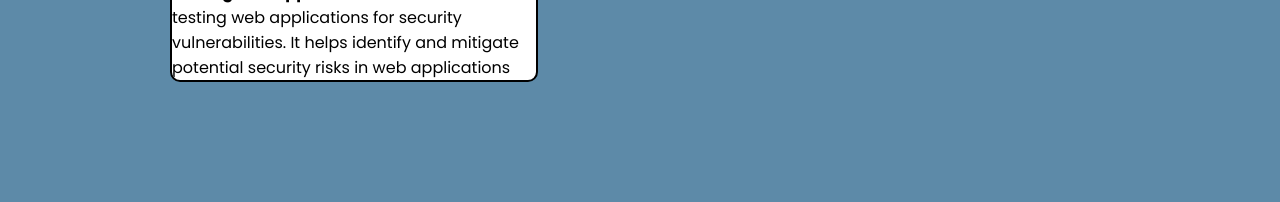
Repository: mohamed-makrani/Portfolio
Page: indixe.html
These files come from the project's save history. The page is drawn as it stood at one moment and after the next save; the edit follows.
The browser window is 1280 px wide. The pictures show the part of the page from y = 2189 to 2879 px (the page is 2391 px tall before and 2879 px after).
A picture or video elsewhere on the page could not be fetched, so the positions and the page height are approximate. Backgrounds fixed to the window are drawn as part of the page.

Above is the page before, as saved 2023-09-17 11:41:46.

### indixe.html
<!DOCTYPE html>
<html lang="en">
<head>
    <meta charset="UTF-8">
    <meta name="descreption" content="makrani-mohamed/portfilio"/>
    <title>Mohamed-makrani</title>
    <link rel="stylesheet" href="https://cdnjs.cloudflare.com/ajax/libs/font-awesome/6.4.2/css/all.min.css"/>
    <link  rel="stylesheet" href="style.css" />
</head>
<body>
    <header>
        <a class="logo" href="#logo" >Mohamed-makrani</a>
        <nav class="navigation">
            <a href="#services" >services</a>
            <a href="#projects" > projects</a>
            <a href="#"> contact </a>

        </nav>
    </header>
    <section class="main" id="logo">
        <div>
            <h6>Hello, I'm mohamed </h6>
            <h1>Web developer</h1>
            <h4>Width defines web's rhythm</h4>
        <a href="#" class="main-button">view my work</a>
        <div class="social-media">
            <a href="#" ><i class="fa-brands fa-github"></i></a>
            <a href="#" ><i class="fa-brands fa-linkedin"></i></a>
            <a href="#"><i class="fa-brands fa-instagram"></i></a>
            <a href="#"><i class="fa-brands fa-facebook"></i></a>
        </div>
        </div>
    </section>

    <section class="cards" id="services" >
        <h2 class="title">Services</h2>
        <div class="content" >
            <div class="card">
                <div class="icon"><i class="fa-solid fa-shield-halved"></i></div>
                <div class="info">
                    <h2>Web app testing</h2>
                    <p>Effective web application testing is crucial to delivering a high-quality product to users and maintaining its reliability over time.</p>
                </div>
            </div>
            <div class="card">
                <div class="icon"><i class="fa-solid fa-database"></i></div>
                <div class="info">
                    <h2>Database management</h2>
                    <p>the process of designing, implementing, maintaining, and optimizing databases to efficiently and securely store, retrieve, and manage data.</p>
                </div>
            </div>
            <div class="card">
                <div class="icon"><i class="fa-solid fa-code"></i></div>
                <div class="info">
                    <h2>Web app developer</h2>
                    <p> designing, creating, and maintaining web applications.</p>
                </div>

            </div>

        </div>
    </section>
        <section class="Projects" id="projects">
            <h2 class="projec-title">Projects</h2>
            <div class="project-content">
                <div class="project-card">
                    <div class="image">
                        <img src="test-web-application.jpg" />
                    </div>
                    <div class="project-info">
                        <strong class="project-title"><span>Testing web applications</span>
                            <a href="" class="detaile" >More detaile</a>

                        </strong>
                        <p> testing web applications for security vulnerabilities. It helps identify and mitigate potential security risks in web applications</p>
                    </div>
                </div>






            </div>


        </section>








</body>
</html>

### style.css
@import url('https://fonts.googleapis.com/css2?family=Poppins:ital,wght@0,200;0,300;0,400;0,500;0,600;0,700;0,800;0,900;1,100;1,200;1,300;1,400;1,500;1,600;1,700;1,800;1,900&display=swap');

*{

    font-family: 'Poppins', sans-serif;
    margin: 0;
    padding: 0;
    box-sizing: border-box;
    scroll-behavior: smooth;
}
 header{

    background-color: #f5f5f5;
    width: 100%;
    position: fixed;
    display: flex;
    z-index: 999;
    justify-content: space-between;
    align-items: center;
    padding: 10px 200px;

 }
 .logo {
    /* default is 16 px */

    text-decoration: none;
    font-size: 16px;
    color: #126180;
    text-transform: uppercase;
    font-weight: 700;
 }
 .navigation a{
    color: #126180;
    font-size: 15px;
    font-weight: 600px;
    text-decoration: none;
    padding-left:  30px;

 }
.navigation a:hover {

color: rgb(83, 15, 146);
}
 section {

   padding: 100px 150px;
 }
 .main{

   width: 100%;
   min-height: 100vh;
   display: flex;
   align-items: center;
   background:url(backround.jpg) no-repeat;
   background-size: cover;
   background-position:center ;
   background-attachment: fixed;

 }
 .main h6 {

   color: white;
   font-weight:500px ;
   font-size: 0.9em;


 }

 .main h1 {

   color:#5d8aa8 ;
   font-size: 2.4em;
   font-weight: 500px;
   margin-top: 6px;
 }
 .main h4 {

   color: white;
   font-size: 1em;
   font-weight: 500px;
   margin-top: 6px;
   margin-bottom: 20px;
   letter-spacing:1px;
 }
.main-button {

color : white;
text-decoration: none;
background-color: #92a1cf;
letter-spacing : 1px;
font-size: 1em;
font-weight: 600px;
display: inline-block;
padding: 0.935em 2.187em;
border-radius: 12px;
margin-bottom: 20px;
transition: 0.7s ease;

}
.main-button :hover{
   background-color:#545aa7;
   transform: scale(1.1);
}
.social-media a{

   color: white;
   font-size: 22px;
   padding-left: 18px;

}

.title {

   display: flex;
   justify-content: center;
   color:#126180;
   font-size:1.8em ;
   font-weight: 700px;
   margin-bottom: 40px;
}
.content{
   display: flex;
   justify-content: center;
   flex-direction: row;
   flex-wrap: wrap;
}
.card {
   background-color:#f5f5f5;
   width:21.25em;
   box-shadow: 0 5px 25px rgba(1 1 1 /15%);
    border-radius: 10px;
    padding: 25px;
    margin: 15px;
    transition: 0.4s ease;
}
.card:hover {
   transform: scale(1.1);
}
.icon {
   color: #4682b4;
   text-align: center;
   font-size: 5em;
}
.info h2 {

   color:#4682b4 ;
   text-align: center;
   font-size:1.1em;
   font-weight: 700px;
   margin:10px ;

}
.info p {

   text-align: center;
   font-size:1.1em ;
   font-weight:500px ;
   color :rgb(39, 37, 37);


}
.Projects{
   background-color: #5d8aa8;
}
.projec-title{

   display: flex;
   justify-content: center;
   color: white;
   font-size:1.8em ;
   font-weight:700 ;
   margin-bottom: 40px;

}
/*.project-content{

   display: flex;
   justify-content: center;
   flex-direction: row;
   flex-wrap: wrap;
}*/

 .projects.project-content{
   margin-top: 30px;
 }
.project-card{

   background-color: white;
   border: 2px solid black;
   min-height: 14em;
   width: 23em;
   overflow: hidden;
   border-radius: 10px;
   margin: 20px;
   transition: 0.5s ease;
}

.project-card:hover{
   transform: scale(1.1);
}
image img {
   width: 100%;
}

After the next save:
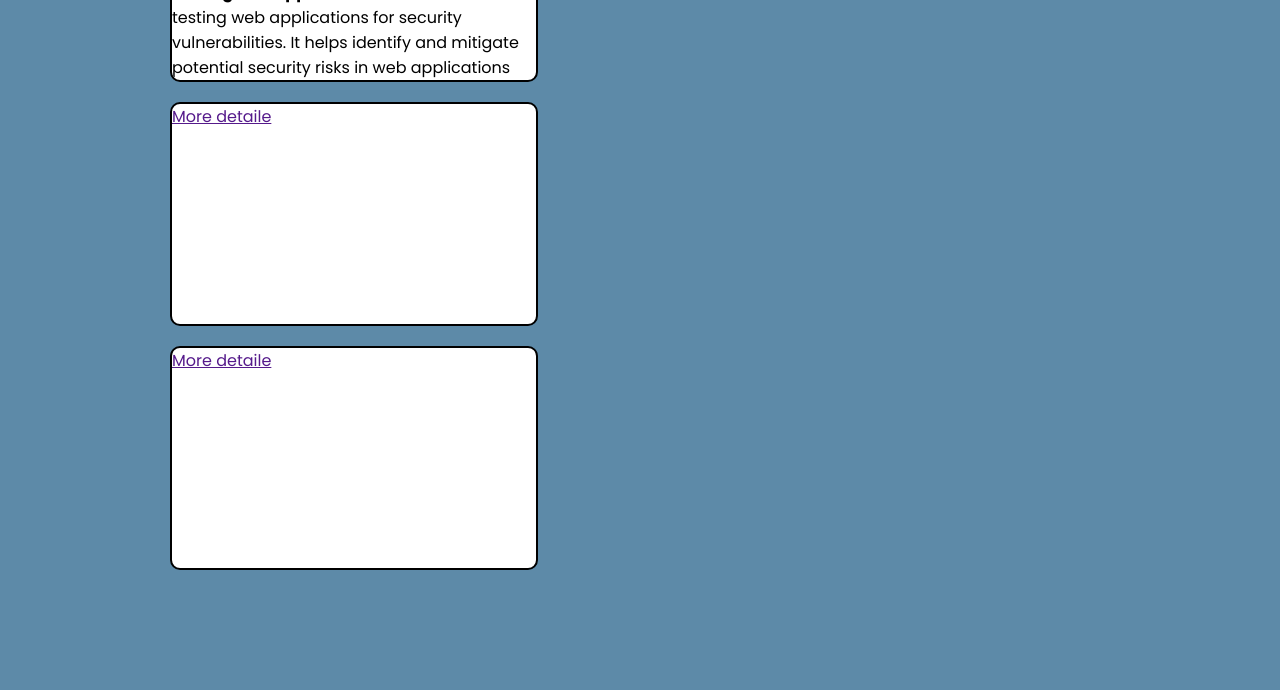
Saved 9 min 13 s later.
--- a/indixe.html
+++ b/indixe.html
@@ -75,6 +75,35 @@
                         <p> testing web applications for security vulnerabilities. It helps identify and mitigate potential security risks in web applications</p>
                     </div>
                 </div>
+                <div class="project-card">
+                    <div class="image">
+
+
+                    </div>
+                    <div class="project-info">
+                        <strong class="project-title"><span></span></strong>
+                        <a href="" class="detaile">More detaile</a>
+                        <p></p>
+
+                    </div>
+
+                </div>
+                <div class="project-card">
+                    <div class="image">
+
+                    </div>
+                    <div class="project-info">
+                        <strong class="project-title"><span></span></strong>
+                        <a href="" class="detaile">More detaile</a>
+                        <p></p>
+                    </div>
+
+
+
+
+                </div>
+
+
 
 
 
